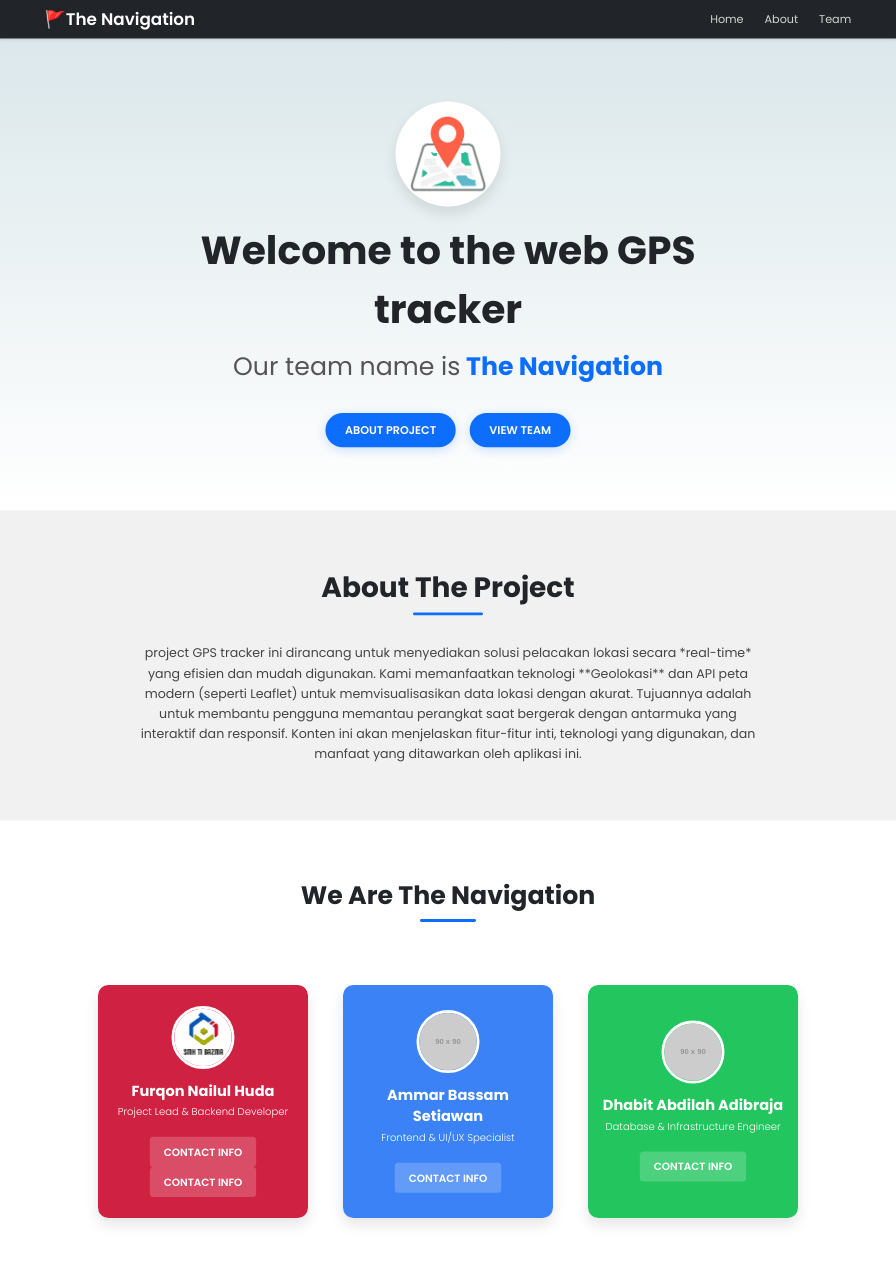
Repository: ammarsetiawan/gps-traker
Page: about.html
The author's editor kept a copy of each file at every save. The page is drawn from the files as they stood at one save, then again after a run of saves.
The browser window is 1280 px wide. The pictures show the whole page, at 70% of full size.

Above is the page before, as saved 2025-11-27 16:34:34.

### about.html
<!DOCTYPE html>
<html lang="en">

<head>
    <meta charset="UTF-8">
    <meta name="viewport" content="width=device-width, initial-scale=1.0">
    <title>GPS Tracking - The Navigation</title>
    <link rel="stylesheet" href="https://unpkg.com/leaflet/dist/leaflet.css" />
    <link href="https://fonts.googleapis.com/css2?family=Poppins:wght@300;400;600;700&display=swap" rel="stylesheet">

    <style>
        :root {
            --primary-color: #0d6efd;
            --secondary-color: #0b5ed7;
            --dark-color: #212529;
            --light-color: #ffffff;
            --background-light: #f1f1f1;
            --red-card: #cf2141;
            --blue-card: #3b82f6;
            --green-card: #22c55e;
            --font-family: 'Poppins', sans-serif;
        }

        /* 🔄 Global Reset & Body */
        * {
            margin: 0;
            padding: 0;
            box-sizing: border-box;
            scroll-behavior: smooth;
        }

        body {
            font-family: var(--font-family);
            background: var(--light-color);
            padding-top: 55px;
            scroll-padding-top: 55px;
            transition: all 0.3s ease;
        }

        /* 🚀 NAVBAR */
        nav {
            background-color: var(--dark-color);
            height: 55px;
            display: flex;
            align-items: center;
            padding: 0 5%;
            position: fixed;
            width: 100%;
            top: 0;
            box-shadow: 0 2px 4px rgba(0, 0, 0, 0.1);
            z-index: 1000;
        }

        nav .brand {
            font-size: 24px;
            font-weight: 600;
            color: var(--light-color);
        }

        nav ul {
            list-style: none;
            display: flex;
            gap: 30px;
            margin-left: auto;
        }

        nav ul li a {
            text-decoration: none;
            color: rgba(255, 255, 255, 0.8);
            font-size: 16px;
            font-weight: 400;
            transition: 0.3s ease;
            position: relative;
            padding-bottom: 5px;
        }

        nav ul li a:hover {
            color: var(--light-color);
        }

        nav ul li a::after {
            content: '';
            position: absolute;
            width: 0;
            height: 2px;
            display: block;
            margin-top: 5px;
            right: 0;
            background: var(--primary-color);
            transition: width 0.3s ease;
        }

        nav ul li a:hover::after {
            width: 100%;
            left: 0;
            right: auto;
        }

        /* 🏠 Hero Section */
        .background {
            background: linear-gradient(to bottom, rgba(73, 136, 155, 0.2), rgba(92, 92, 88, 0));
            min-height: calc(100vh - 55px);
            padding: 50px 0;
            position: relative;
        }

        .container {
            height: 100%;
            display: flex;
            justify-content: center;
            align-items: center;
            padding: 0 5%;
        }

        .sub-container {
            padding: 40px 20px;
            text-align: center;
            max-width: 800px;
            margin: 0 auto;
        }

        .card-icons {
            width: 150px;
            height: 150px;
            display: flex;
            justify-content: center;
            align-items: center;
            margin: 0 auto 20px auto;
            border-radius: 50%;
            background: var(--light-color);
            box-shadow: 0 10px 20px rgba(0, 0, 0, 0.1);
            overflow: hidden;
        }

        .card-icons img {
            max-width: 80%;
            max-height: 80%;
            object-fit: contain;
        }

        .font-home {
            font-size: clamp(30px, 5vw, 56px);
            font-weight: 700;
            display: block;
            margin-bottom: 10px;
            color: var(--dark-color);
        }

        .font {
            display: flex;
            justify-content: center;
            align-items: center;
            font-size: clamp(20px, 3vw, 36px);
            font-weight: 400;
            color: #555;
            margin-bottom: 40px;
        }

        .font span {
            color: var(--primary-color);
            font-weight: 700;
            margin-left: 8px;
        }

        .button-group {
            display: flex;
            justify-content: center;
            gap: 20px;
        }

        /* Tombol Utama */
        .btn-custom {
            gap: 20px;
            display: inline-block;
            background-color: var(--primary-color);
            color: var(--light-color);
            padding: 12px 28px;
            border: none;
            border-radius: 50px;
            font-size: 16px;
            cursor: pointer;
            font-weight: 600;
            box-shadow: 0 4px 15px rgba(0, 110, 255, 0.2);
            transition: all 0.3s ease;
            text-decoration: none;
            text-transform: uppercase;
        }

        .btn-custom:hover {
            background-color: var(--secondary-color);
            transform: translateY(-3px);
            box-shadow: 0 8px 20px rgba(0, 110, 255, 0.3)
        }

        .btn-custom:active {
            background-color: #0a58ca;
            transform: translateY(0);
        }

        /* 📖 About Section */
        .background-page2 {
            background-color: var(--background-light);
            padding: 80px 5%;
            min-height: 400px;
        }

        .about-content {
            text-align: center;
            max-width: 900px;
            margin: 0 auto;
        }

        .about-project {
            font-size: clamp(30px, 4vw, 40px);
            font-weight: 700;
            color: var(--dark-color);
            position: relative;
            display: inline-block;
            margin-bottom: 20px;
        }

        .about-project::after {
            content: '';
            position: absolute;
            bottom: -10px;
            left: 50%;
            transform: translateX(-50%);
            width: 100px;
            height: 4px;
            background-color: var(--primary-color);
            border-radius: 2px;
        }

        .text-about {
            margin-top: 30px;
            font-size: 18px;
            line-height: 1.6;
            color: #444;
            min-height: 100px;
        }

        /* 👥 TEAM SECTION (FOKUS PERBAIKAN) */
        .background-page3 {
            padding: 80px 5%;
            /* Padding yang baik */
            min-height: 500px;
            text-align: center;
            /* Memastikan judul rata tengah */
        }

        .team {
            font-size: clamp(28px, 3.5vw, 36px);
            font-weight: 700;
            position: relative;
            display: inline-block;
            margin-bottom: 20px;
            color: var(--dark-color);
        }

        .team::after {
            content: '';
            position: absolute;
            bottom: -10px;
            left: 50%;
            transform: translateX(-50%);
            width: 80px;
            height: 4px;
            background-color: var(--primary-color);
            border-radius: 2px;
        }

        /* Kartu Tim: Menggunakan Grid untuk tata letak yang rapi */
        .cards {
            position: relative;
            top: 50px;
            display: grid;
            grid-template-columns: repeat(auto-fit, minmax(280px, 1fr));
            gap: 50px;
            max-width: 1000px;
            margin: 0 auto;
            padding-bottom: 50px;
        }

        .cards .card {
            display: flex;
            align-items: center;
            justify-content: center;
            flex-direction: column;
            text-align: center;
            padding: 30px 20px;
            min-height: 280px;
            /* Menambah tinggi agar lebih leluasa */
            border-radius: 15px;
            color: var(--light-color);
            cursor: pointer;
            transition: all 0.4s ease;
            box-shadow: 0 10px 20px rgba(0, 0, 0, 0.1);
            position: relative;
        }

        /* Definisi Warna Kartu */
        .cards .red {
            background-color: var(--red-card);
        }

        .cards .blue {
            background-color: var(--blue-card);
        }

        .cards .green {
            background-color: var(--green-card);
        }

        /* Gaya Gambar Anggota Tim */
        .cards .card img {
            width: 90px;
            height: 90px;
            border-radius: 50%;
            margin-bottom: 15px;
            object-fit: cover;
            border: 4px solid var(--light-color);
            /* Border putih tebal */
        }

        .cards .card .tip {
            font-size: 1.3em;
            /* Nama lebih besar */
            font-weight: 700;
            margin-bottom: 5px;
        }

        .cards .card .second-text {
            font-size: .9em;
            font-weight: 300;
            margin-bottom: 25px;
            /* Jarak ke tombol */
        }

        /* Tombol di dalam kartu (disesuaikan agar berbeda dari tombol utama) */
        .cards .card .btn-custom {
            padding: 10px 20px;
            font-size: 15px;
            background-color: rgba(255, 255, 255, 0.2);
            /* Transparan */
            box-shadow: none;
            border-radius: 5px;
            /* Bentuk kotak lebih kecil */
        }

        .cards .card .btn-custom:hover {
            background-color: rgba(255, 255, 255, 0.4);
            transform: none;
            /* Nonaktifkan efek lift untuk tombol di dalam card */
        }

        /* Efek Hover untuk Kartu */
        .cards .card:hover {
            transform: translateY(-10px);
            /* Efek lift-up */
            box-shadow: 0 15px 30px rgba(0, 0, 0, 0.2);
        }

        /* Efek blur pada kartu lain saat hover */
        .cards:hover>.card:not(:hover) {
            filter: blur(2px) grayscale(50%);
            opacity: 0.8;
            transform: none;
        }

        /* Navbar Menu Button (Hanya terlihat di mobile) */
        #menuBtn {
            margin-left: auto;
            background: transparent;
            border: none;
            padding: 5px;
            cursor: pointer;
            display: none;

        }

        #menuBtn div {
            width: 25px;
            height: 3px;
            background-color: var(--light-color);
            margin: 4px 0;
            transition: 0.3s;
            border-radius: 2px;
        }

        /* 📱 MEDIA QUERY: Mobile/Tablet */
        @media (max-width: 768px) {
            .btn-custom {
                margin-bottom: 20px;
            }

            nav {
                padding: 0 3%;
            }

            nav ul {
                position: fixed;
                top: 55px;
                right: 0;
                background: var(--dark-color);
                width: 200px;
                flex-direction: column;
                padding: 15px;
                display: none;
                border-bottom-left-radius: 10px;
                z-index: 999;
                box-shadow: -2px 2px 5px rgba(0, 0, 0, 0.2);
                transform: translateX(100%);
                transition: transform 0.3s ease-out;
            }

            nav ul.show {
                display: flex;
                transform: translateX(0);
            }

            nav ul li a {
                padding: 10px 0;
                display: block;
                border-bottom: 1px solid rgba(255, 255, 255, 0.1);
            }

            #menuBtn {
                display: block;
            }

            .button-group {
                flex-direction: column;
                gap: 15px;
            }

            .btn-custom {
                width: 80%;
                margin: 0 auto;
            }

            /* Perbaikan fokus di mobile */
            .background-page3 {
                padding: 60px 3%;
                /* Padding lebih kecil di mobile */
            }

            .cards {
                grid-template-columns: 1fr;
                /* Satu kolom di mobile */
                top: 30px;
            }
        }
    </style>
</head>

<body>

    <nav>
        <h2 class="brand">🚩The Navigation</h2>

        <button id="menuBtn">
            <div></div>
            <div></div>
            <div></div>
        </button>

        <ul id="menu">
            <li><a href="./index.html">Home</a></li>
            <li><a href="#about-section">About</a></li>
            <li><a href="#view-team">Team</a></li>
        </ul>
    </nav>

    <section class="background">
        <div class="container">
            <div class="sub-container">
                <div class="card-icons">


                    <img src="./png-clipart-gps-navigation-device-gps-tracking-unit-vehicle-tracking-system-icon-green-map-red-location-mark-map-logo-electronics-text-thumbnail-removebg-preview.png"
                        alt="">

                </div>

                <h2 class="font-home">Welcome to the web GPS tracker</h2>
                <div class="font">
                    Our team name is
                    <span class="font-arch">The Navigation</span>
                </div>

                <div class="button-group">
                    <a href="#about-section" class="btn-custom">
                        About Project
                    </a>
                    <a href="#view-team" class="btn-custom">
                        View Team
                    </a>
                </div>
            </div>
        </div>
        <footer>
        </footer>
    </section>

    <section class="background-page2" id="about-section">
        <div class="about-content">
            <h2 class="about-project">About The Project</h2>
            <p class="text-about">
                project GPS tracker ini dirancang untuk menyediakan solusi pelacakan lokasi secara *real-time* yang
                efisien dan mudah digunakan. Kami memanfaatkan teknologi **Geolokasi** dan API peta modern (seperti
                Leaflet) untuk memvisualisasikan data lokasi dengan akurat. Tujuannya adalah untuk membantu pengguna
                memantau perangkat saat bergerak dengan antarmuka yang interaktif dan responsif. Konten ini akan
                menjelaskan fitur-fitur inti, teknologi yang digunakan, dan manfaat yang ditawarkan oleh aplikasi ini.
            </p>
        </div>
    </section>

    <section class="background-page3" id="view-team">
        <div style="text-align: center; padding-bottom: 30px;">
            <h2 class="team">We Are The Navigation</h2>
        </div>

        <div class="cards">
            <div class="card red">
                <img src="data:[embedded picture, 6755 characters]"
                    alt="Furqon Nailul Huda Avatar">
                <p class="tip">Furqon Nailul Huda</p>
                <p class="second-text">Project Lead & Backend Developer</p>
                <a href="#" class="btn-custom">Contact Info</a>
                <a href="#" class="btn-custom">Contact Info</a>
            </div>
            <div class="card blue">
                <img src="https://via.placeholder.com/90/ffffff/3b82f6?text=AS" alt="Ammar Bassam Setiawan Avatar">
                <p class="tip">Ammar Bassam Setiawan</p>
                <p class="second-text">Frontend & UI/UX Specialist</p>
                <a href="#" class="btn-custom">Contact Info</a>
            </div>
            <div class="card green">
                <img src="https://via.placeholder.com/90/ffffff/22c55e?text=DA" alt="Dhabit Abdilah Adibraja Avatar">
                <p class="tip">Dhabit Abdilah Adibraja</p>
                <p class="second-text">Database & Infrastructure Engineer</p>
                <a href="#" class="btn-custom">Contact Info</a>
            </div>
        </div>
    </section>


    <div id="content"></div>
    <script>
        const btn = document.getElementById("menuBtn");
        const menu = document.getElementById("menu");

        btn.addEventListener("click", () => {
            // Menggunakan class 'show' untuk menampilkan/menyembunyikan menu
            menu.classList.toggle('show');
        });

        // Menutup menu saat link di klik (khusus mobile)
        document.querySelectorAll('#menu a').forEach(link => {
            link.addEventListener('click', () => {
                // Hanya tutup jika tampilan adalah mobile (misalnya, jika menu ditampilkan sebagai dropdown)
                if (window.innerWidth <= 768) {
                    menu.classList.remove('show');
                }
            });
        });
    </script>

</body>

</html>

After the next 10 saves:
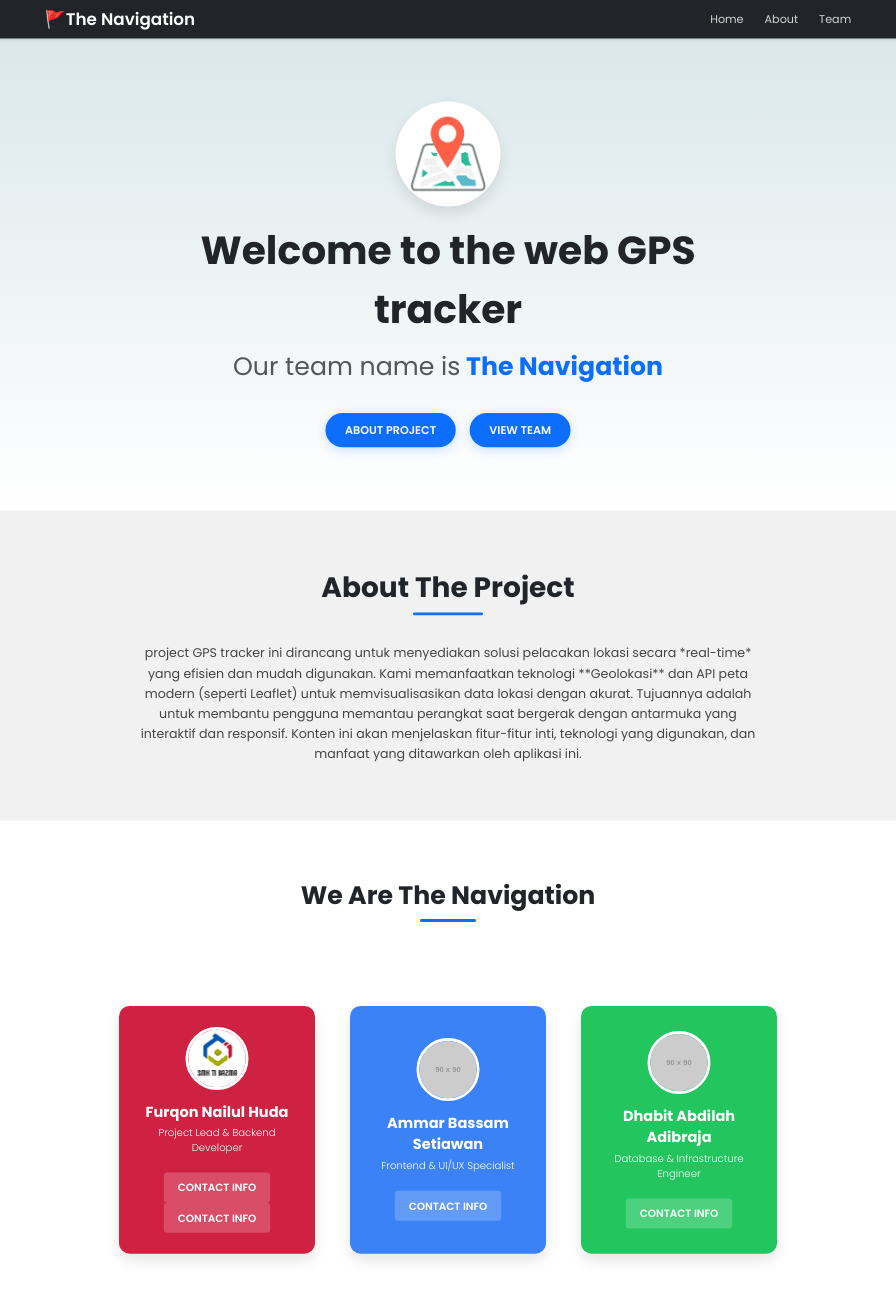
The 10 saves are shown as one change because they came seconds apart.
The last was saved 20 s later.
--- a/about.html
+++ b/about.html
@@ -277,6 +277,7 @@
             grid-template-columns: repeat(auto-fit, minmax(280px, 1fr));
             gap: 50px;
             max-width: 1000px;
+            padding: 30px;
             margin: 0 auto;
             padding-bottom: 50px;
         }

After the 2 saves that followed:
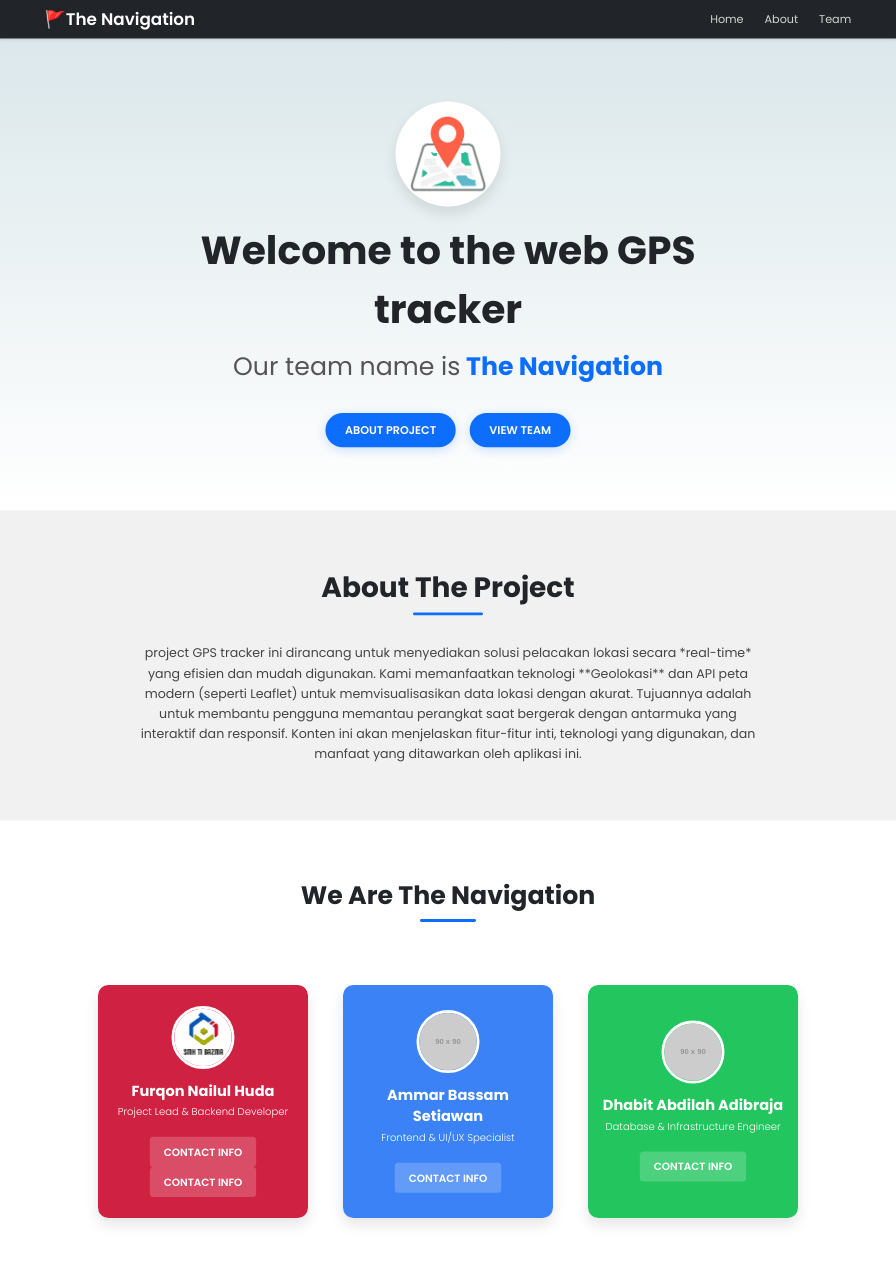
The 2 saves are shown as one change because they came seconds apart.
The last was saved 6 s later.
--- a/about.html
+++ b/about.html
@@ -277,7 +277,6 @@
             grid-template-columns: repeat(auto-fit, minmax(280px, 1fr));
             gap: 50px;
             max-width: 1000px;
-            padding: 30px;
             margin: 0 auto;
             padding-bottom: 50px;
         }
